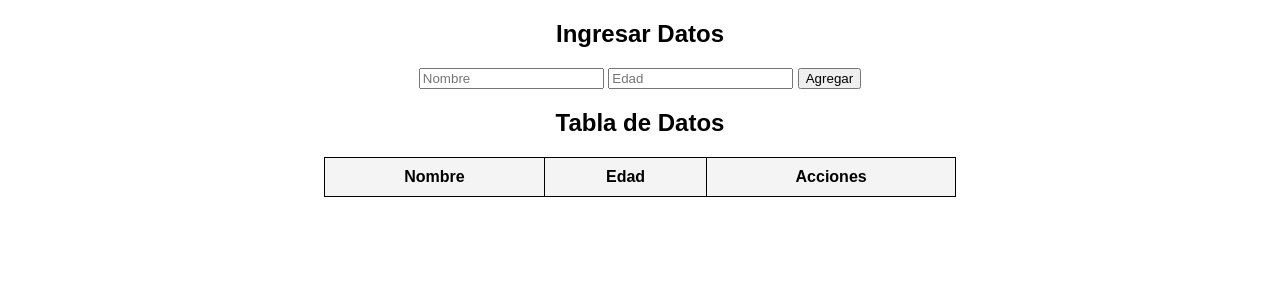
Repository: ye909/RAVPIP
Page: src/templei/tablaAlmacedata.html
The author's editor kept a copy of each file at every save. The page is drawn from the files as they stood at one save, then again after the next save.
The browser window is 1280 px wide. The pictures show the whole page.

Above is the page before, as saved 2025-04-03 17:47:46.

After the next save:
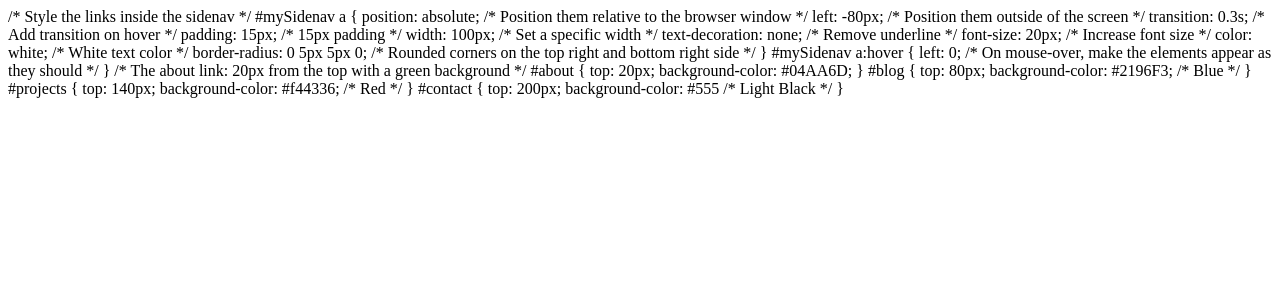
Saved 10 s later.
--- a/src/templei/tablaAlmacedata.html
+++ b/src/templei/tablaAlmacedata.html
@@ -1,4 +1,4 @@
-<!DOCTYPE html>
+<!-- <!DOCTYPE html>
 <html lang="es">
 <head>
     <meta charset="UTF-8">
@@ -63,4 +63,43 @@
         }
     </script>
 </body>
-</html>
+</html> -->
+
+
+/* Style the links inside the sidenav */
+#mySidenav a {
+  position: absolute; /* Position them relative to the browser window */
+  left: -80px; /* Position them outside of the screen */
+  transition: 0.3s; /* Add transition on hover */
+  padding: 15px; /* 15px padding */
+  width: 100px; /* Set a specific width */
+  text-decoration: none; /* Remove underline */
+  font-size: 20px; /* Increase font size */
+  color: white; /* White text color */
+  border-radius: 0 5px 5px 0; /* Rounded corners on the top right and bottom right side */
+}
+
+#mySidenav a:hover {
+  left: 0; /* On mouse-over, make the elements appear as they should */
+}
+
+/* The about link: 20px from the top with a green background */
+#about {
+  top: 20px;
+  background-color: #04AA6D;
+}
+
+#blog {
+  top: 80px;
+  background-color: #2196F3; /* Blue */
+}
+
+#projects {
+  top: 140px;
+  background-color: #f44336; /* Red */
+}
+
+#contact {
+  top: 200px;
+  background-color: #555 /* Light Black */
+}
